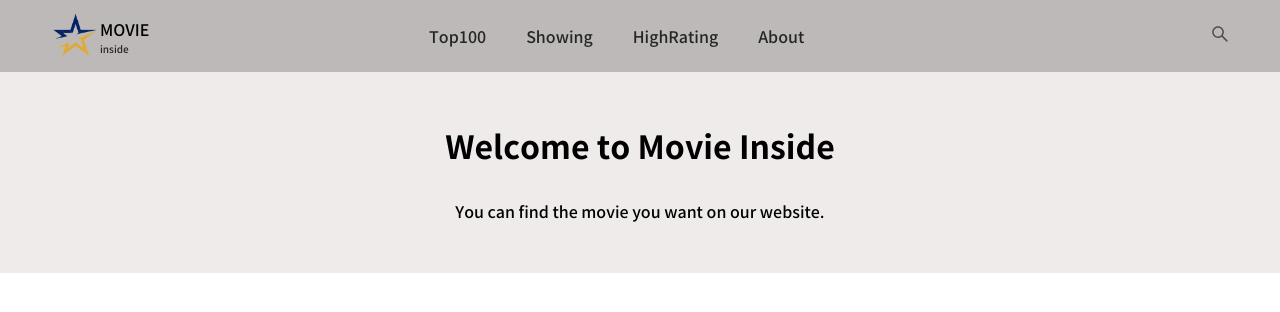
Repository: yangddoddi/Movie-Inside
Page: /
The author's editor kept a copy of each file at every save. The page is drawn from the files as they stood at one save, then again after the next save.
The browser window is 1280 px wide. The pictures show the whole page.
The project was rebuilt for these pictures with package versions that can differ from the ones it lists, and the page was loaded fresh each time. Also part of the build but not shown: src/App.css, src/routes/Detail.js.

Above is the page before, as saved 2022-05-02 19:41:18.

After the next save:
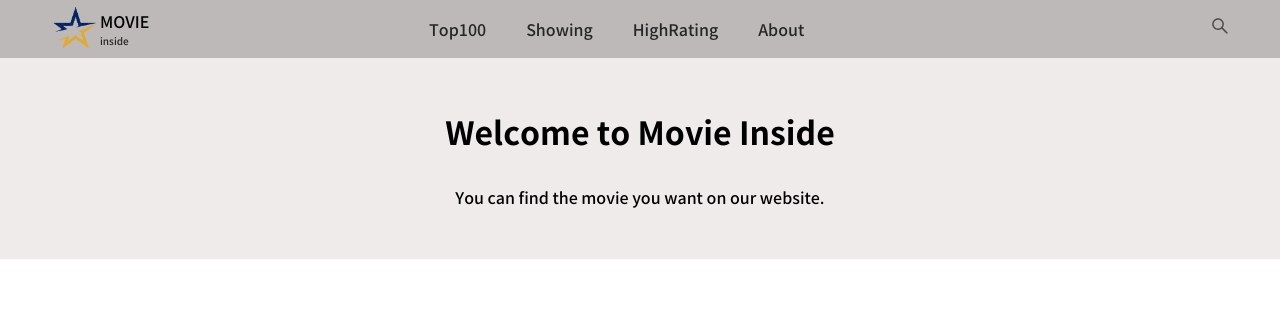
Saved 6 s later.
--- a/src/components/Nav.module.scss
+++ b/src/components/Nav.module.scss
@@ -4,7 +4,7 @@
 .nav {
     background-color: #bdb9b9;
     width: 100%;
-    height: 10vh;
+    height: 8vh;
     padding: 10px 50px 10px 50px;
     display: flex;
     justify-content: center;
